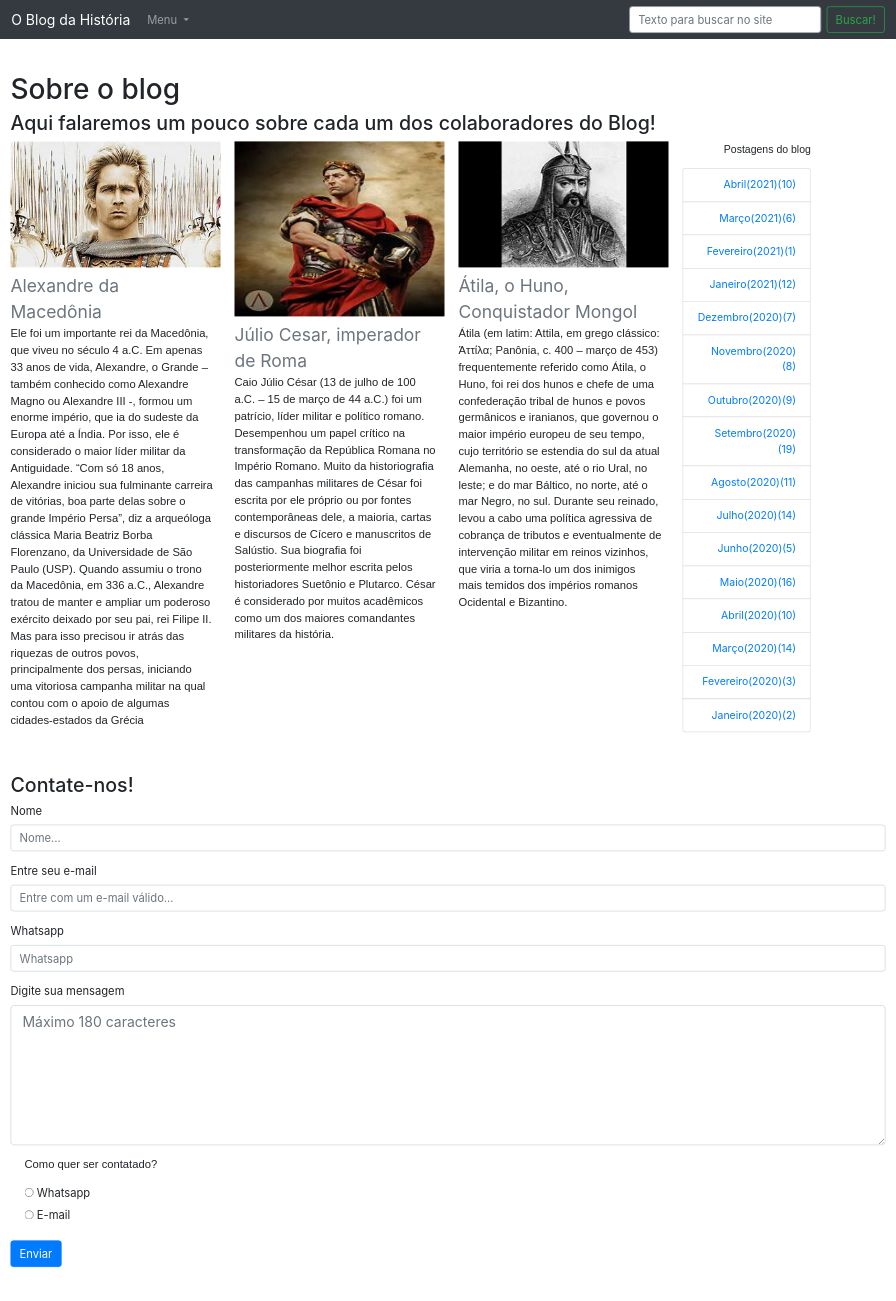
Repository: xhenrique/blog_layout_bootstrap
Page: source/sobre.html
The author's editor kept a copy of each file at every save. The page is drawn from the files as they stood at one save, then again after the next save.
The browser window is 1280 px wide. The pictures show the whole page, at 70% of full size.

Above is the page before, as saved 2021-04-25 03:11:39.

After the next save:
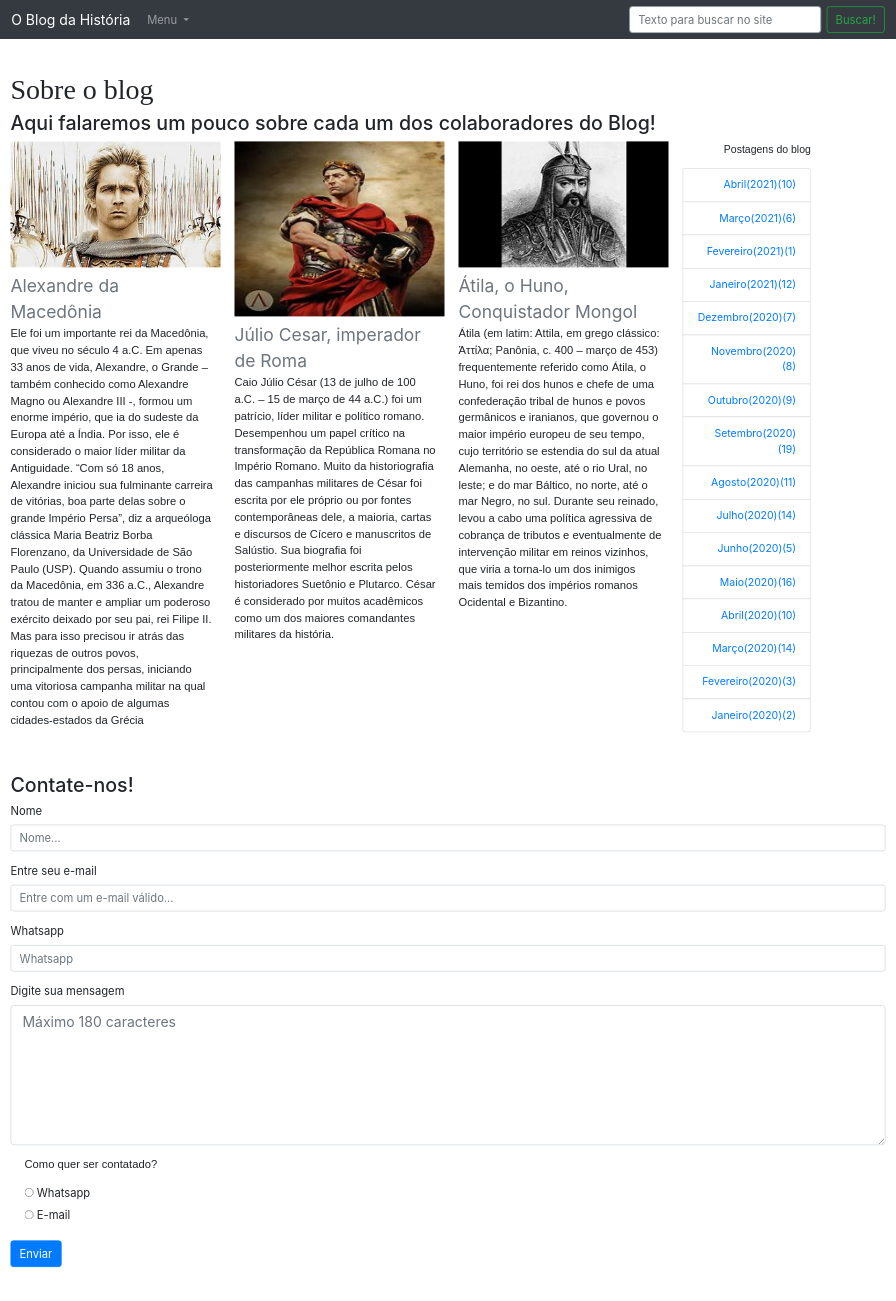
Saved 58 s later.
--- a/source/sobre.html
+++ b/source/sobre.html
@@ -12,7 +12,7 @@
         body p {
            font-family: Arial, Helvetica, sans-serif;
         }
-        title {
+        body #sobre_o_blog h1 {
             font-family: cursive;
         }
     </style>
